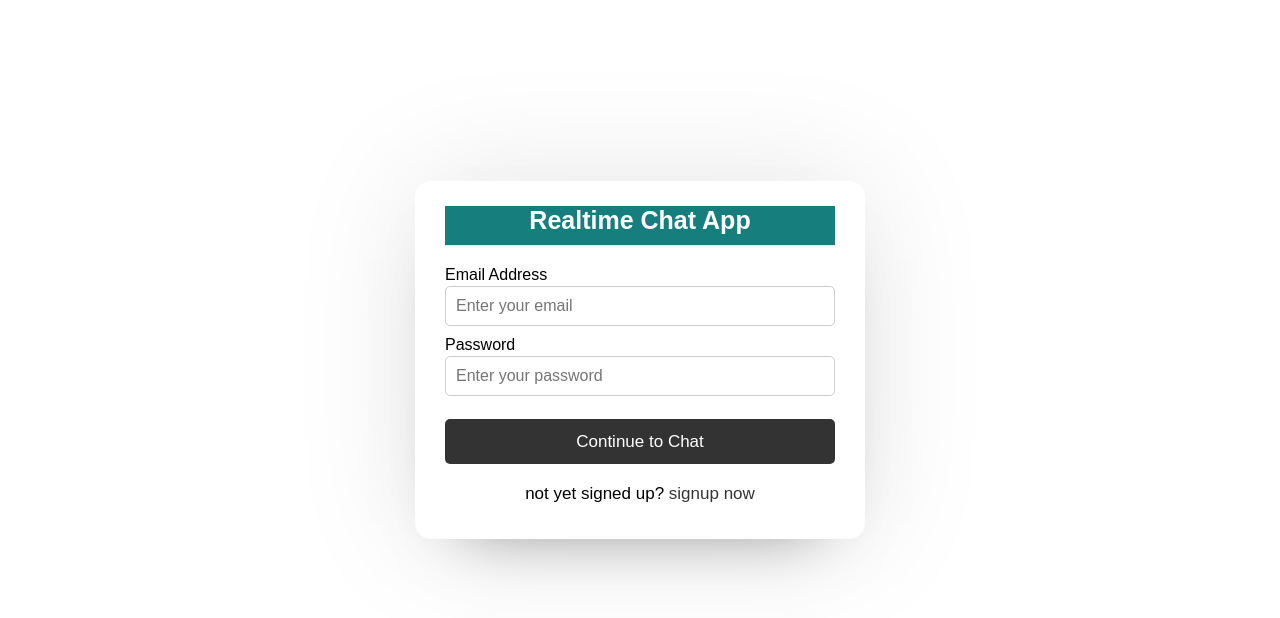
Repository: kananavy/CONQUER
Page: http://localhost/login.php
An editor plug-in stored every save of this project. The page is shown before and after a run of saves, followed by the edit.
The browser window is 1280 px wide. The pictures show the whole page.
The page is run by PHP 8.4 with error messages shown; the project is at /var/www/html/.

Above is the page before, as saved 2023-01-19 17:57:01.

After the next 5 saves:
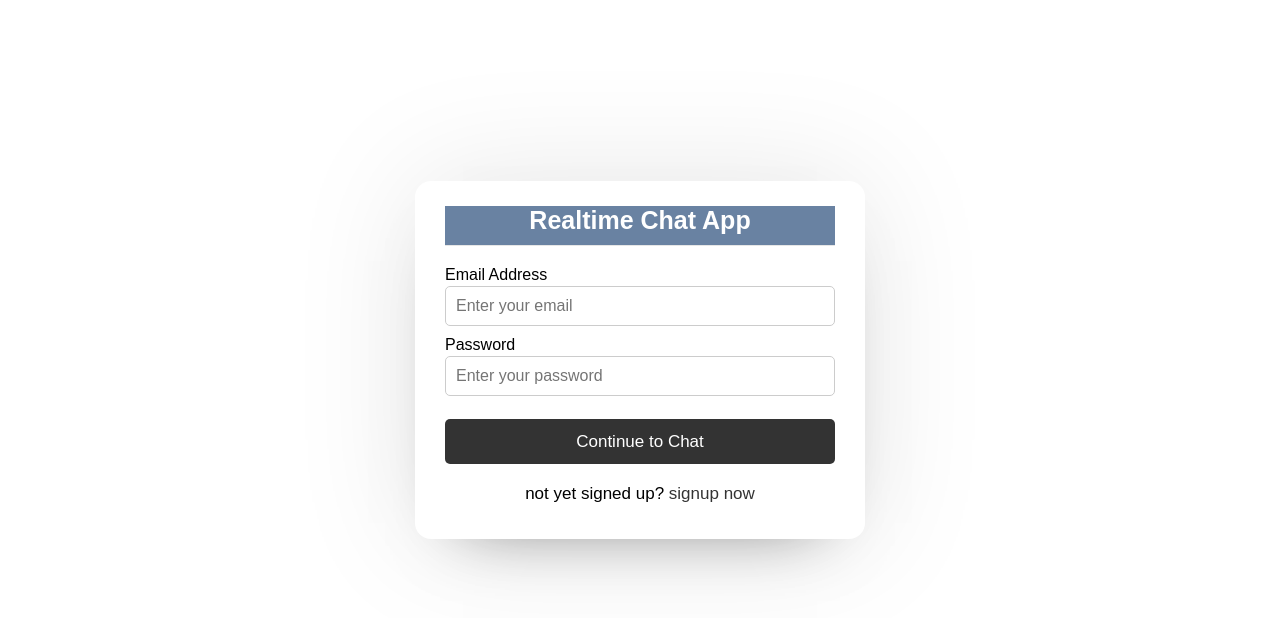
The 5 saves are shown as one change because they came seconds apart.
The last was saved 14 s later.
--- a/chat.css
+++ b/chat.css
@@ -31,7 +31,7 @@ body{
     border-bottom: 1px solid #e6e6e6;
     color: rgb(255, 255, 255);
     text-align: center;
-    background-color: rgb(23, 126, 126);
+    background-color: rgba(41, 76, 122, 0.699);
 
 }
 .form form{
